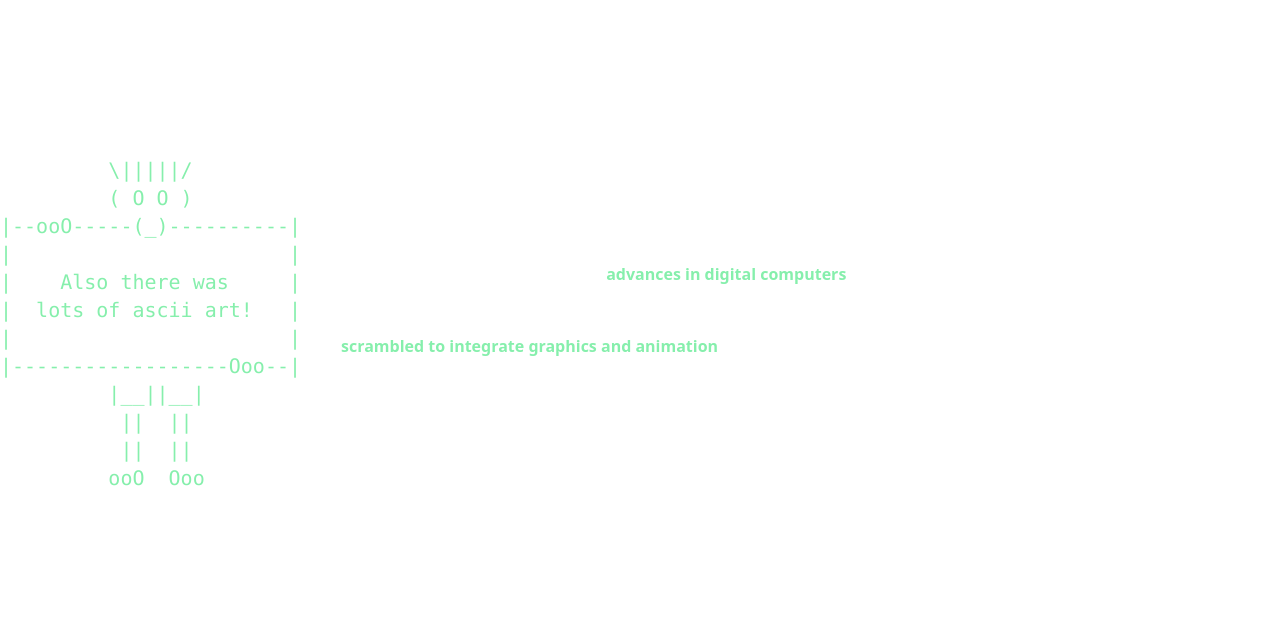
Repository: kayla-lin/graphic-design-timeline
Page: /components/Introduction
An editor plug-in stored every save of this project. The page is shown before and after the next save, followed by the edit.
The browser window is 1280 px wide. The pictures show the whole page.
The project was rebuilt for these pictures with package versions that can differ from the ones it lists, and the page was loaded fresh each time. The framework's server and built-in components were replaced by stand-ins that run in the browser. Also part of the build but not shown: next.config.js.

Above is the page before, as saved 2023-05-01 23:41:40.

After the next save:
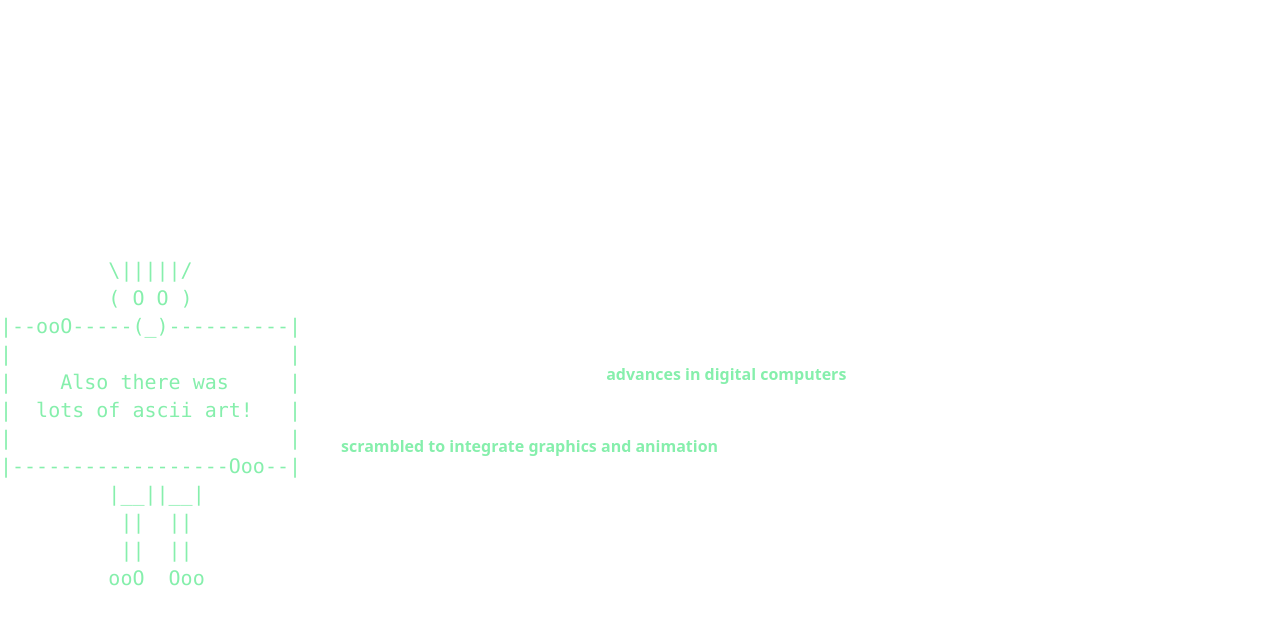
Saved 56 s later.
--- a/pages/components/Introduction/index.tsx
+++ b/pages/components/Introduction/index.tsx
@@ -10,10 +10,10 @@
   const squareVariants = {
     visible: {
       opacity: 1,
-      bottom: 100,
+      y: 100,
       transition: { duration: 3 },
     },
-    hidden: { opacity: 0, top: -300 },
+    hidden: { opacity: 0, y: -300 },
   };
 
   useEffect(() => {

After the save that followed:
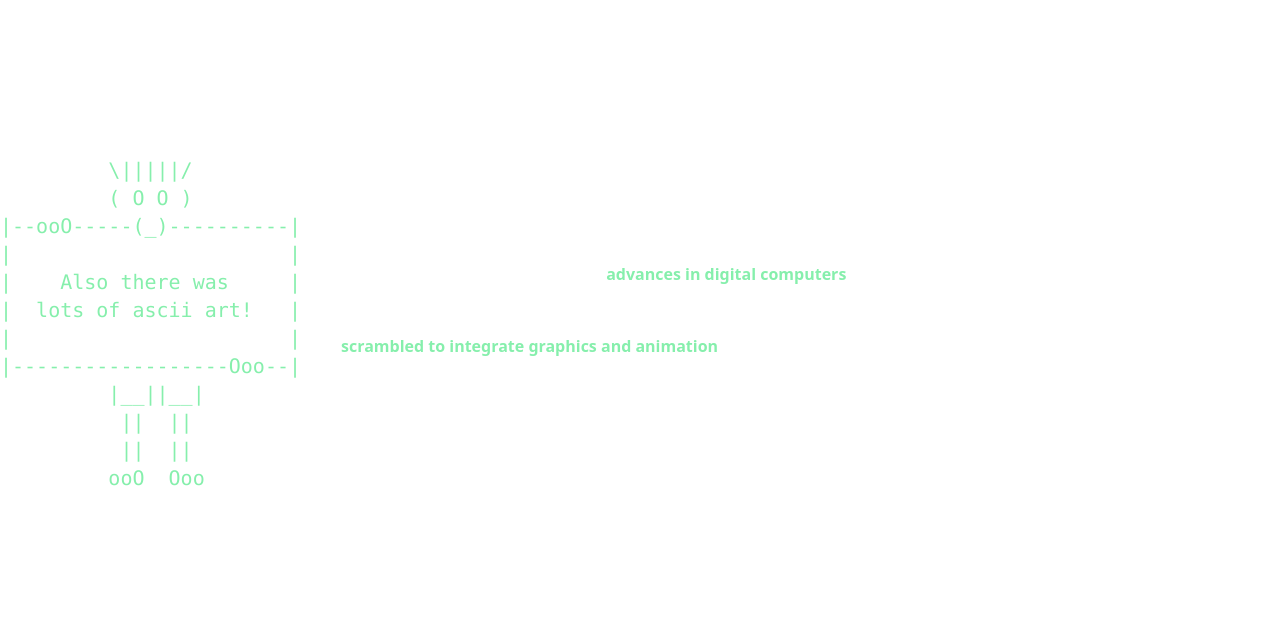
Saved 5 s later.
--- a/pages/components/Introduction/index.tsx
+++ b/pages/components/Introduction/index.tsx
@@ -10,7 +10,7 @@
   const squareVariants = {
     visible: {
       opacity: 1,
-      y: 100,
+      y: 0,
       transition: { duration: 3 },
     },
     hidden: { opacity: 0, y: -300 },
